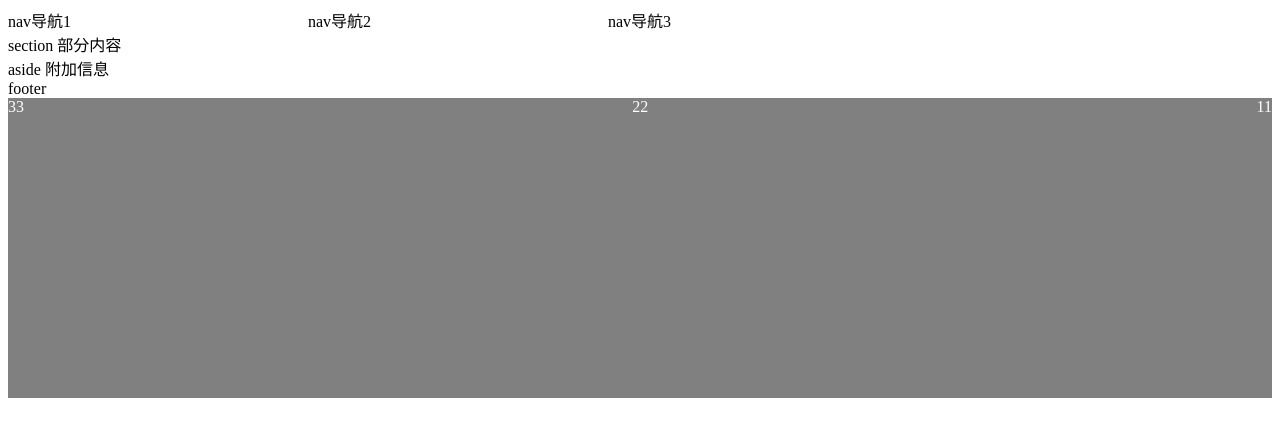
Repository: huangjianeng/front-end-study
Page: vue原理/html/flex.html
The author's editor kept a copy of each file at every save. The page is drawn from the files as they stood at one save, then again after the next save.
The browser window is 1280 px wide. The pictures show the whole page.

Above is the page before, as saved 2020-07-31 11:45:48.

### vue原理/html/flex.html
<header>
    <nav>nav导航1</nav>
    <nav>nav导航2</nav>
    <nav>nav导航3</nav>
</header>
<section>section  部分内容</section>
<aside>aside 附加信息</aside>
<footer>footer</footer>
<div class="flex-wrap">
    <div>11</div>
    <div>22</div>
    <div>33</div>
</div>

<style>
    header{
        display: flex;
    }
    nav{
        flex-grow: 0;    /* 默认为0  不放大    */
        flex-shrink: 1;   /* 默认为1  空间不足等比缩小 */
        width: 300px;
    }
    nav:nth-child(1){
        flex-basis: auto;
    }
    .flex-wrap{
        width: 100%;
        height: 300px;
        background-color: grey;
        display: flex;
        justify-content: space-between;
        flex-direction: row-reverse;
    }
    .flex-wrap>div{
        color: white;
    }
</style>

After the next save:
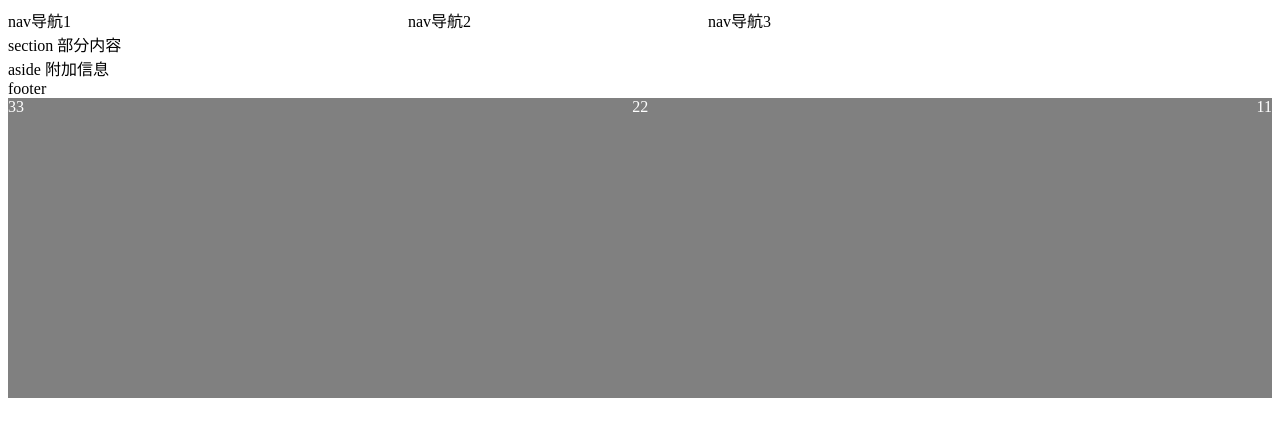
Saved 55 s later.
--- a/vue原理/html/flex.html
+++ b/vue原理/html/flex.html
@@ -22,7 +22,7 @@
         width: 300px;
     }
     nav:nth-child(1){
-        flex-basis: auto;
+        flex-basis: 400px;
     }
     .flex-wrap{
         width: 100%;
